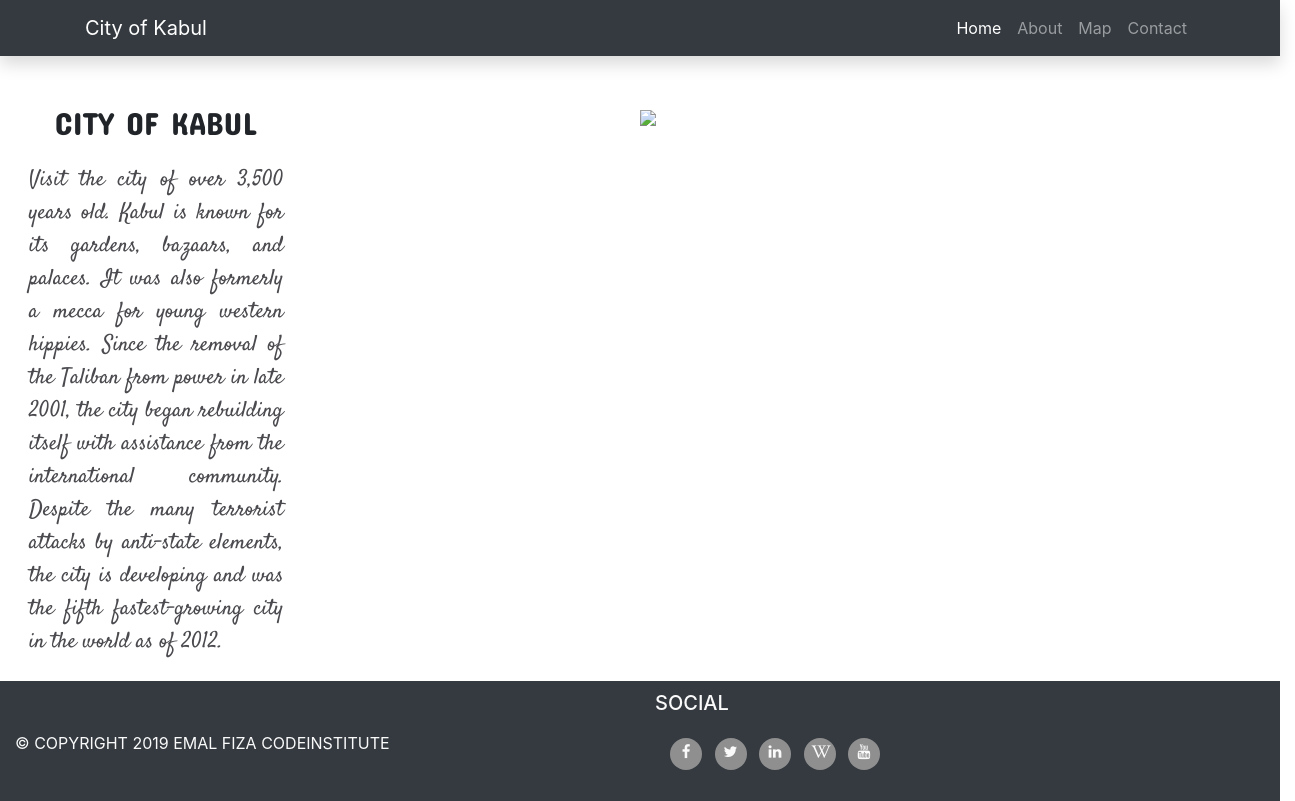
Repository: emalfiza/project-kabul
Page: about.html
The author's editor kept a record of every edit. The page is drawn from the files as they stood at one moment, then again after the next edit.
The browser window is 1280 px wide. The page is 1295 px wide, so the pictures cover 1295 px, including what lies to the right of the window. The pictures show the whole page.

Above is the page before.
Not found: images/kabul-jan.jpg

### about.html
<!DOCTYPE html>
<html lang="en">

<head>
  <meta charset="UTF-8">
  <meta name="viewport" content="width=device-width, initial-scale=1.0">
  <meta http-equiv="X-UA-Compatible" content="ie=edge">
  <link rel="stylesheet" href="https://stackpath.bootstrapcdn.com/bootstrap/4.3.1/css/bootstrap.min.css" type="text/css" />
  <link rel="stylesheet" href="https://stackpath.bootstrapcdn.com/font-awesome/4.7.0/css/font-awesome.min.css" type="text/css" />
  <link rel="stylesheet" href="assets/css/style.css" type="text/css" />
  <title>City of Kabul</title>
</head>

<body>
  <header>

    <!------------------------------------------- Navigation -->

    <nav class="navbar navbar-expand-lg navbar-dark bg-dark static-top mb-5 shadow">
      <div class="container">
        <a class="navbar-brand" href="#">City of Kabul</a>
        <button class="navbar-toggler" type="button" data-toggle="collapse" data-target="#navbarResponsive" aria-controls="navbarResponsive" aria-expanded="false" aria-label="Toggle navigation">
          <span class="navbar-toggler-icon"></span>
        </button>
        <div class="collapse navbar-collapse" id="navbarResponsive">
          <ul class="navbar-nav ml-auto">
            <li class="nav-item active">
              <a class="nav-link" href="#">Home
                <span class="sr-only">(current)</span>
              </a>
            </li>
            <li class="nav-item">
              <a class="nav-link" href="#">About</a>
            </li>
            <li class="nav-item">
              <a class="nav-link" href="#">Map</a>
            </li>
            <li class="nav-item">
              <a class="nav-link" href="#">Contact</a>
            </li>
          </ul>
        </div>
      </div>
    </nav>

  </header>

  <!------------------------------------------ Page Content -->

  <section class="conrainer-fluid">
    <div class="row">
      <div class="col-md-6">

          <div class="col-md-6">
            <h2 class="section-heading uppercase">City of Kabul</h2>
            <p class="section-paragraph">
              Visit the city of over 3,500 years old. Kabul is known for its gardens, bazaars, and palaces.
              It was also formerly a mecca for young western hippies. Since the removal of the Taliban from power in late 2001,
              the city began rebuilding itself with assistance from the international community.
              Despite the many terrorist attacks by anti-state elements,
              the city is developing and was the fifth fastest-growing city in the world as of 2012.
            </p>
          </div>
        </div>
         <div class="row">
          <div class="col bg-image">
            <img src="../images/kabul-jan.jpg">
          </div>
        </div>
      </div>
    </div>
  </section>
  <section>

  </section>
  <section>

  </section>

  <!------------------------------------------------ Footer -->

  <footer class="container-fluid">
    <div class="row">
      <div class="col-sm-6">
        <p class="uppercase general-sub special">&copy; Copyright 2019 Emal Fiza CodeInstitute</p>
      </div>
      <div class="col-sm-6">
        <h5 class="uppercase general-sub">Social</h5>
        <ul class="list-inline social-links">
          <li class="list-inline-item">
            <a target="_blank" href="#">
              <i class="fa fa-facebook" aria-hidden="true"></i>
              <span class="sr-only">Facebook</span>
            </a>
          </li>
          <li class="list-inline-item">
            <a target="_blank" href="#">
              <i class="fa fa-twitter" aria-hidden="true"></i>
              <span class="sr-only">Twitter</span>
            </a>
          </li>
          <li class="list-inline-item">
            <a target="_blank" href="#">
              <i class="fa fa-linkedin" aria-hidden="true"></i>
              <span class="sr-only">LinkedIn</span>
            </a>
          </li>
          <li class="list-inline-item">
            <a target="_blank" href="#">
              <i class="fa fa-wikipedia-w" aria-hidden="true"></i>
              <span class="sr-only">Wikipedia</span>
            </a>
          </li>
          <li class="list-inline-item">
            <a target="_blank" href="#">
              <i class="fa fa-youtube" aria-hidden="true"></i>
              <span class="sr-only">YouTube</span>
            </a>
          </li>
        </ul>
      </div>
    </div>

  </footer>
</body>

</html>

### assets/css/style.css
@import url('https://fonts.googleapis.com/css?family=Concert+One|Satisfy&display=swap:100,200,300,400,500,600,700,800|satisfy:100,200,300,400,500,600,700,800');

/* -----------------------------------------------------Navbar --*/

.navbar-brand {
  color: #fafafa;
}

/* -- The bellow body css imported from the startbootstrap.com --*/

.image {
  background: url("../images/kabul.jpg") no-repeat center center fixed;
  background-size: cover;
  -webkit-background-size: cover;
  -moz-background-size: cover;
  -o-background-size: cover;
}

.image-kb {
  background: url("../images/city-kabul.jpeg") no-repeat center;
  background-size: auto;
}

/* -----------------------------------------------------Heading --*/

.title {
  font-family: "Concert One", sans-serif;
  font-weight: bolder;
  text-align: center;
  letter-spacing: 2px;
  text-transform: uppercase;
  font-size: 60px;
  color: #fafafa;
  margin-bottom: 10px;
}

hr {
  width: 20%;
  display: block;
  margin-top: 0.5em;
  margin-bottom: 0.5em;
  margin-left: auto;
  margin-right: auto;
  border-style: double;
  border-width: 1px;
  border-radius: 2px;
  height: 2px;
  color: #fafafa;
  background-color: #fafafa;
}

.card {
  background-color: rgba(0, 0, 0, 0.3);
}

.context {
  margin-top: 14%;
}

.primary,
.lead {
  font-family: "satisfy", sans-serif;
  font-size: 22px;
  color: #fafafa;
  text-align: center;
  margin-top: 32px;
}

.lead {
  margin-top: 20px;
}

.section-heading {
  font-family: "Concert One", sans-serif;
  text-align: center;
}

/* -----------------------------------------------------Main content --*/

.section-paragraph {
  font-family: "Satisfy", sans-serif;
  margin: 22px 14px 22px 14px;
  text-align: justify;
  font-weight: 400;
  font-size: 22px;
  color: #4a4a4f;
}

/* -----------------------------------------------------Footer --*/

footer {
  background-color: #343a40!important;
  color: #fafafa;
  min-height: 100px;
}

.uppercase {
  text-transform: uppercase;
}

/* --The font-family for the general-sub I copied from the bootsratp navbar "DevTool" of my home page
because I wanted my footer font family to match my navbar--*/

.general-sub {
  font-family: -apple-system, BlinkMacSystemFont, "Segoe UI", Roboto, "Helvetica Neue",
  Arial, "Noto Sans", sans-serif, "Apple Color Emoji", "Segoe UI Emoji", "Segoe UI Symbol", "Noto Color Emoji";
  margin-top: 10px;
}

.special {
  margin-left: 0px;
  margin-top: 50px;
}

.social-links {
  padding: 15px;
}

.social-links li a i {
  position: relative;
  width: 32px;
  height: 32px;
  padding: 8px;
  border-radius: 50%;
  font-size: 15px;
  line-height: 12px;
  text-align: center;
  color: #fafafa;
  background-color: #8f8f8f;
  transition: all 0.40s ease-in-out;
  -moz-transition: all 0.40s ease-in-out;
  -webkit-transition: all 0.40s ease-in-out;
  -o-transition: all 0.40s ease-in-out;
}

.social-links li a i:hover {
  background-color: #252525;
}

After the next edit:
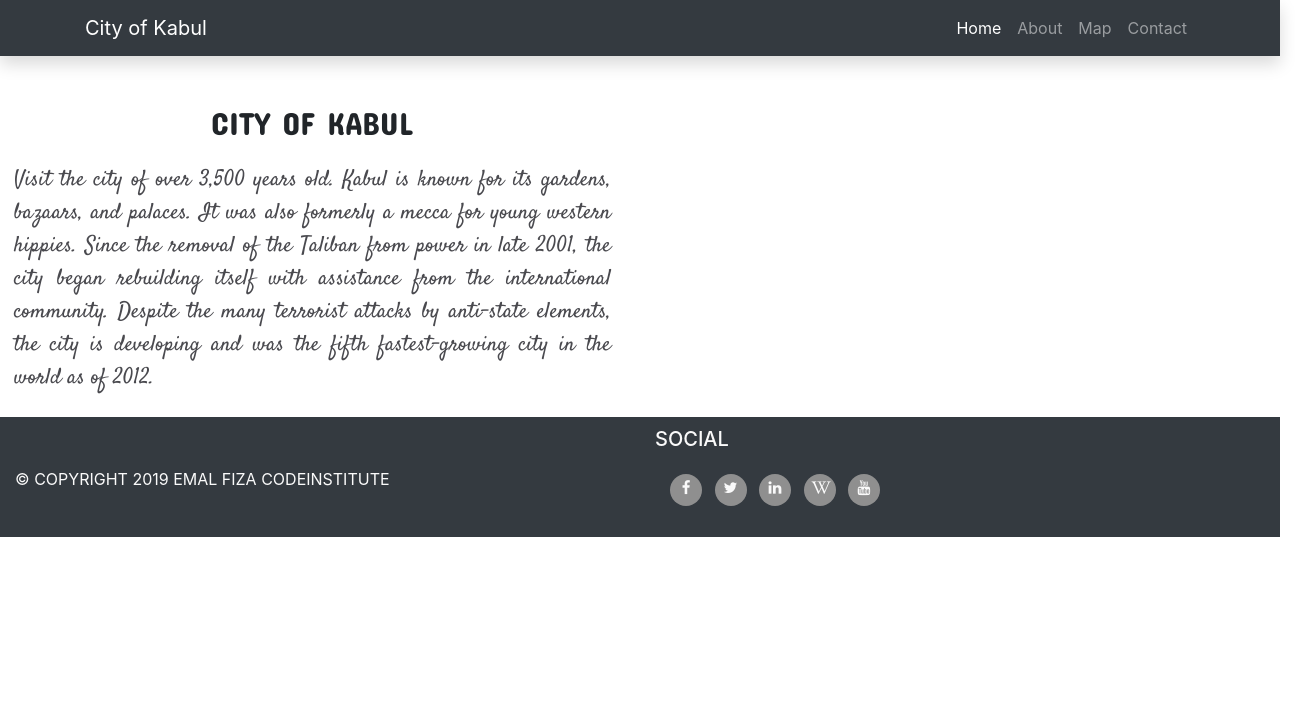
The edit:
--- a/about.html
+++ b/about.html
@@ -50,9 +50,7 @@
   <section class="conrainer-fluid">
     <div class="row">
       <div class="col-md-6">
-
-          <div class="col-md-6">
-            <h2 class="section-heading uppercase">City of Kabul</h2>
+        <h2 class="section-heading uppercase">City of Kabul</h2>
             <p class="section-paragraph">
               Visit the city of over 3,500 years old. Kabul is known for its gardens, bazaars, and palaces.
               It was also formerly a mecca for young western hippies. Since the removal of the Taliban from power in late 2001,
@@ -60,13 +58,8 @@
               Despite the many terrorist attacks by anti-state elements,
               the city is developing and was the fifth fastest-growing city in the world as of 2012.
             </p>
+          <div class="col-md-6">
           </div>
-        </div>
-         <div class="row">
-          <div class="col bg-image">
-            <img src="../images/kabul-jan.jpg">
-          </div>
-        </div>
       </div>
     </div>
   </section>
